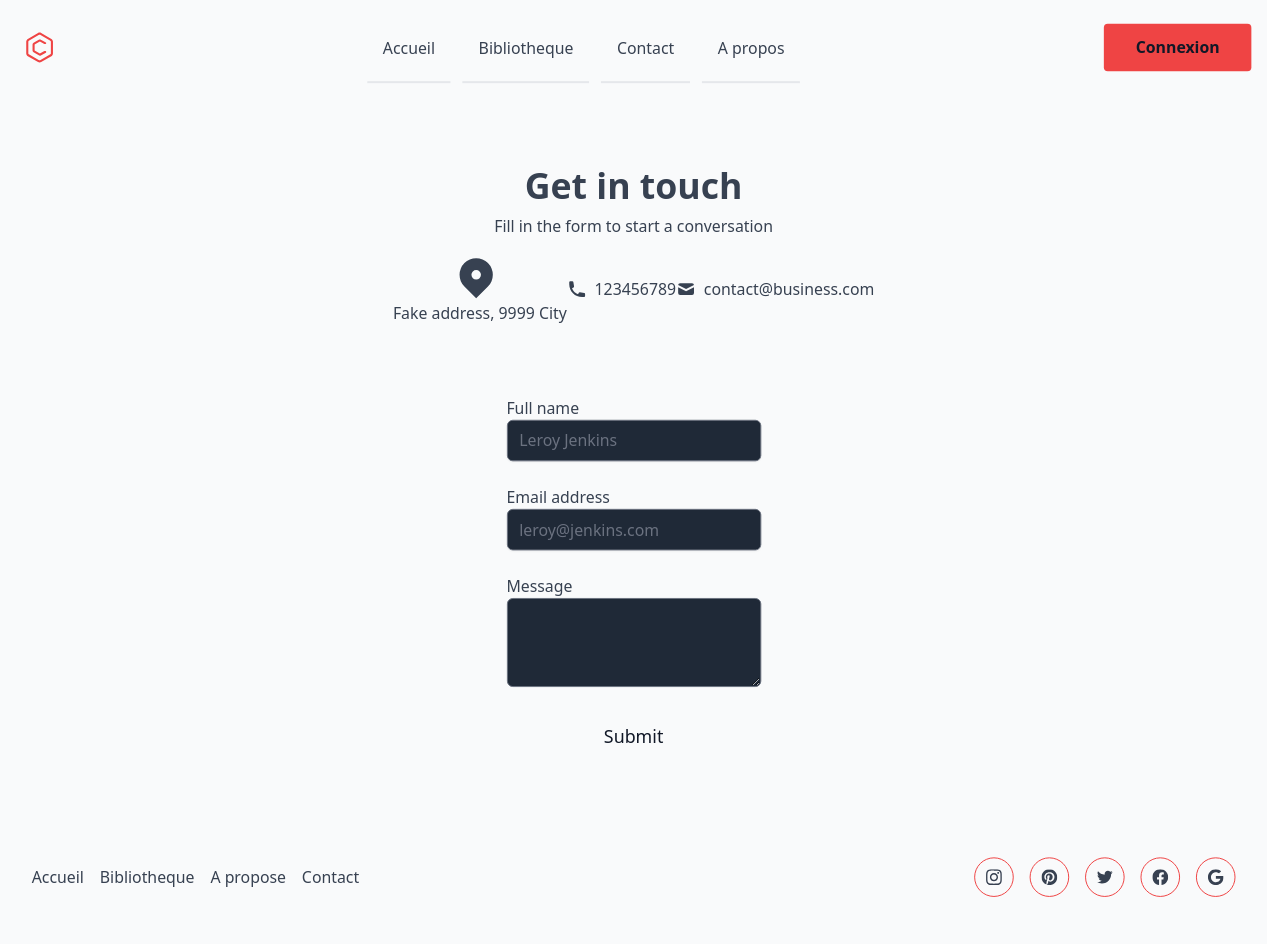
Repository: erulabs243/museum
Page: /contact
The author's editor kept a copy of each file at every save. The page is drawn from the files as they stood at one save, then again after the next save.
The browser window is 1280 px wide. The pictures show the whole page, at 99% of full size.
The project was rebuilt for these pictures with package versions that can differ from the ones it lists, and the page was loaded fresh each time. Also part of the build but not shown: vite.config.js, src/pages/admin/Home.jsx, src/pages/commons/NotFound.jsx, src/components/atoms/TagBadge.jsx, src/components/atoms/MyAudioPlayer.jsx, src/components/atoms/MyVideoPlayer.jsx, src/components/atoms/MediaCard.jsx, src/components/sections/Testimonial.jsx and 16 more.

Above is the page before, as saved 2022-08-10 13:13:50.

After the next save:
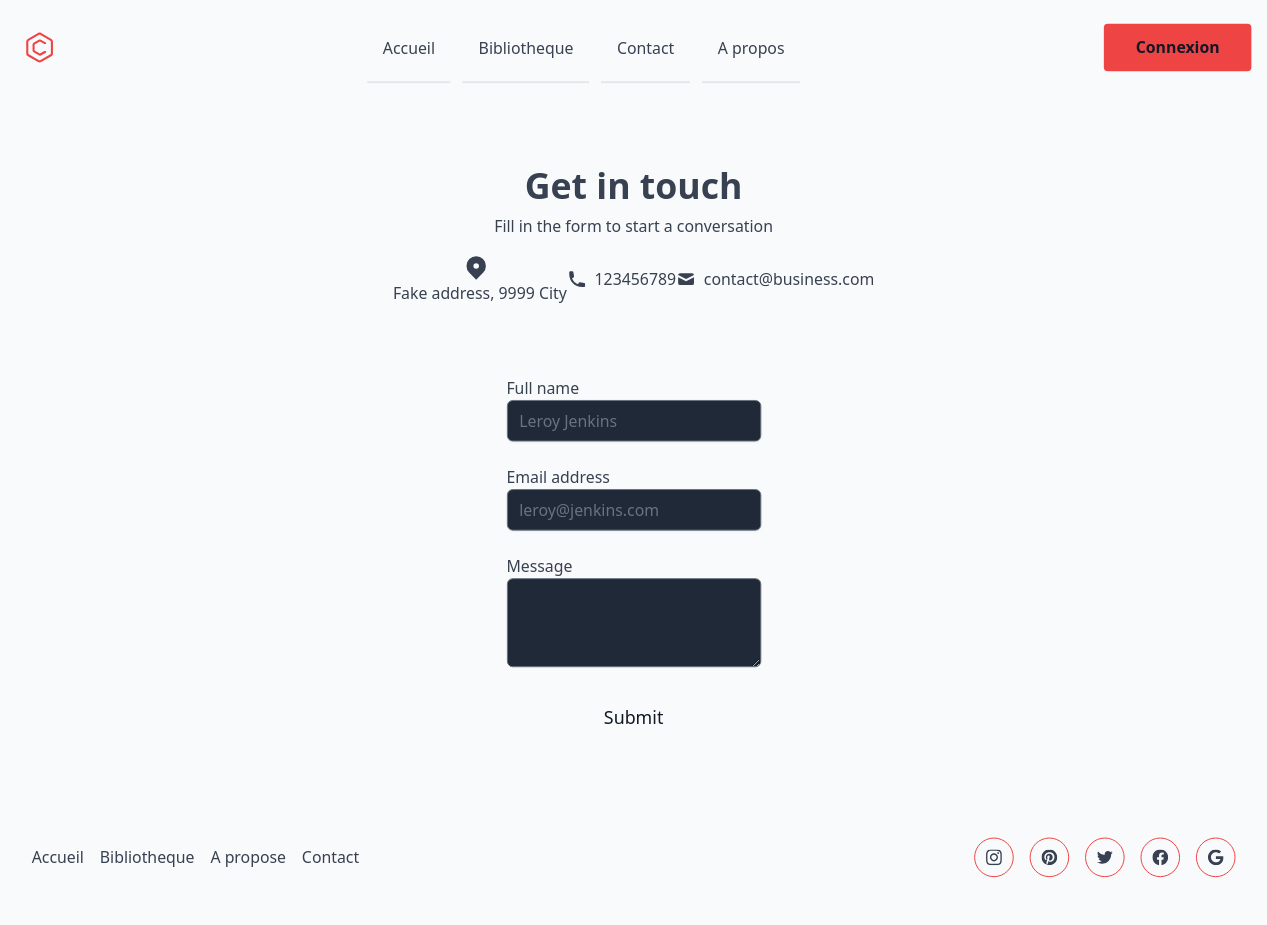
Saved 8 s later.
--- a/src/pages/user/Contact.jsx
+++ b/src/pages/user/Contact.jsx
@@ -19,7 +19,7 @@ const Contact = () => {
                                     xmlns="http://www.w3.org/2000/svg"
                                     viewBox="0 0 20 20"
                                     fill="currentColor"
-                                    className="w-12 h-12 mr-2 sm:mr-6">
+                                    className="w-7 h-7 mr-2 sm:mr-6">
                                     <path
                                         fillRule="evenodd"
                                         d="M5.05 4.05a7 7 0 119.9 9.9L10 18.9l-4.95-4.95a7 7 0 010-9.9zM10 11a2 2 0 100-4 2 2 0 000 4z"
